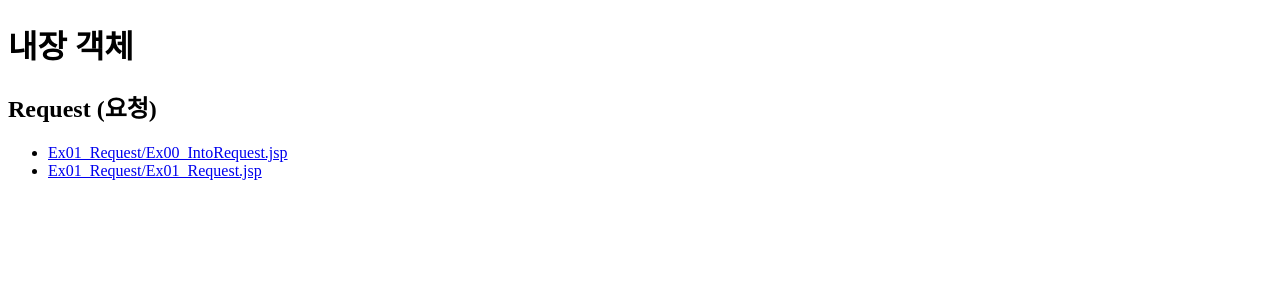
Repository: joeunpyeong/javaA
Page: http://localhost/04.Implicit/
An editor plug-in stored every save of this project. The page is shown before and after the next save, followed by the edit.
The browser window is 1280 px wide. The pictures show the whole page.
The page is served by Tomcat 9. Other server files are loaded and not shown.

Above is the page before, as saved 2023-05-22 02:03:28.

### 04.Implicit/src/main/webapp/index.jsp
<%@ page language="java" contentType="text/html; charset=UTF-8"
    pageEncoding="UTF-8"%>
<!DOCTYPE html>
<html>
<head>
<meta charset="UTF-8">
<title>Insert title here</title>
</head>
<body>
	<h1>내장 객체</h1>
	<h2>Request (요청)</h2>
	<ul>
		<li><a href="Ex01_Request/Ex00_IntoRequest.jsp">Ex01_Request/Ex00_IntoRequest.jsp</a></li>
		<li><a href="Ex01_Request/Ex01_Request.jsp">Ex01_Request/Ex01_Request.jsp</a></li>
	</ul>


</body>
</html>

After the next save:
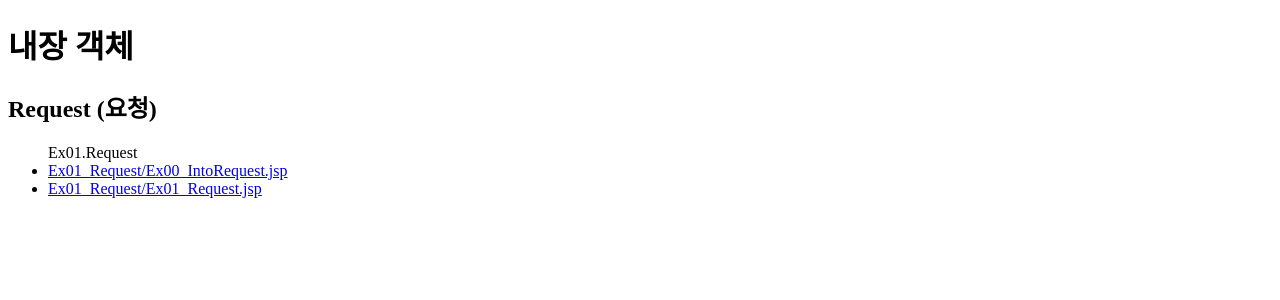
Saved 72 s later.
--- a/04.Implicit/src/main/webapp/index.jsp
+++ b/04.Implicit/src/main/webapp/index.jsp
@@ -10,7 +10,8 @@
 	<h1>내장 객체</h1>
 	<h2>Request (요청)</h2>
 	<ul>
-		<li><a href="Ex01_Request/Ex00_IntoRequest.jsp">Ex01_Request/Ex00_IntoRequest.jsp</a></li>
+			    		Ex01.Request
+		<li><a href="Ex01_Request/Ex00_IntoReqeust.jsp">Ex01_Request/Ex00_IntoRequest.jsp</a></li>
 		<li><a href="Ex01_Request/Ex01_Request.jsp">Ex01_Request/Ex01_Request.jsp</a></li>
 	</ul>
 

After the save that followed:
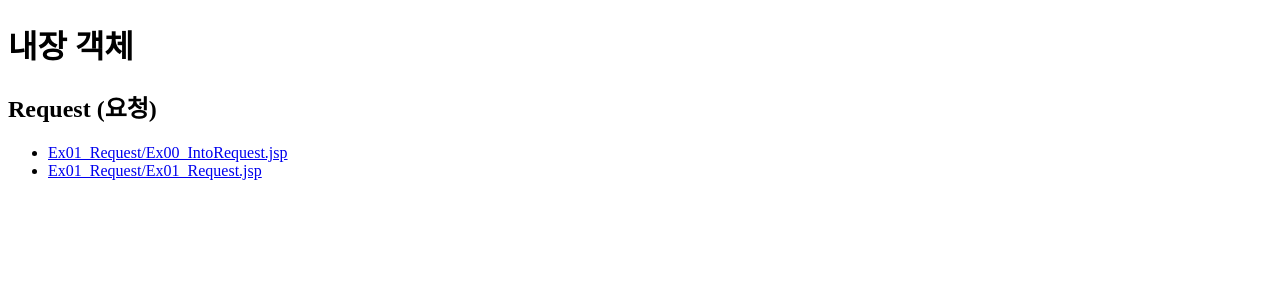
Saved 6 s later.
--- a/04.Implicit/src/main/webapp/index.jsp
+++ b/04.Implicit/src/main/webapp/index.jsp
@@ -10,7 +10,6 @@
 	<h1>내장 객체</h1>
 	<h2>Request (요청)</h2>
 	<ul>
-			    		Ex01.Request
 		<li><a href="Ex01_Request/Ex00_IntoReqeust.jsp">Ex01_Request/Ex00_IntoRequest.jsp</a></li>
 		<li><a href="Ex01_Request/Ex01_Request.jsp">Ex01_Request/Ex01_Request.jsp</a></li>
 	</ul>
